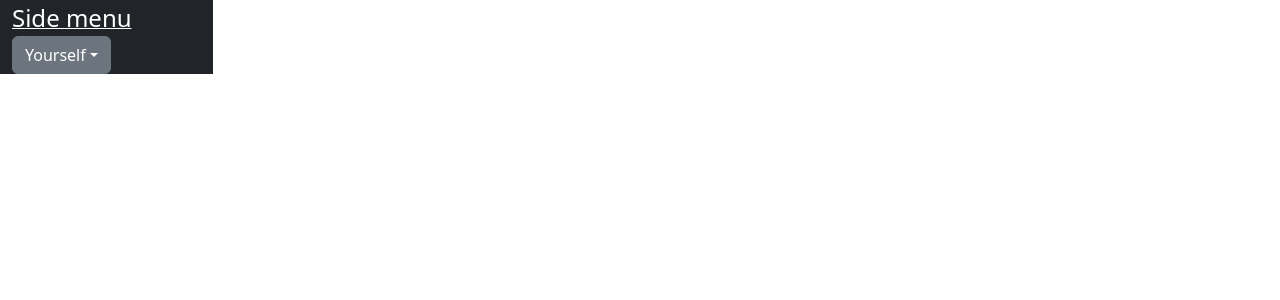
Repository: iqbalaamir/dashboard
Page: /
These files come from the project's save history. The page is drawn as it stood at one moment and after the next save; the edit follows.
The browser window is 1280 px wide. The pictures show the whole page.
The project was rebuilt for these pictures with package versions that can differ from the ones it lists, and the page was loaded fresh each time. Also part of the build but not shown: src/App.css.

Above is the page before, as saved 2023-04-24 15:12:29.

### src/App.js

import './App.css';
import Sidebar from './components/Sidebar';

function App() {
  return (

      <Sidebar/>
  );
}

export default App;

### src/components/Sidebar.js
import React from 'react'
import 'bootstrap/dist/css/bootstrap.min.css';

export default function Sidebar() {
  return (
    <div className='container-fluid'>
        <div className='row'>
            <div className='col-auto col-sm-2 bg-dark d-flex flex-column justify-content-between min-vh100'>
                <div>
                    <a className='text-decoration-non d-flex align-items-center text-white d-none d-sm-inline'>
                        <span  className='fs-4'>Side menu</span>
                    </a>
                </div>
              <div class="dropdown open">
                <a class="btn btn-secondary dropdown-toggle text-white" type="button" id="triggerId" data-bs-toggle="dropdown" aria-haspopup="true"
                        aria-expanded="false">
                         <i className='bi bi-person'></i><span>Yourself</span>
                        </a>
                <div class="dropdown-menu" aria-labelledby="triggerId">
                    <a class="dropdown-item" href="#">Action</a>
                    <a class="dropdown-item disabled" href="#">Disabled action</a>
                </div>
              </div>
            </div>
        </div>
    </div>
  )
}

Loaded but not shown: public/index.html (common file); src/index.js (common file); src/index.css (common file); src/reportWebVitals.js (common file)

After the next save:
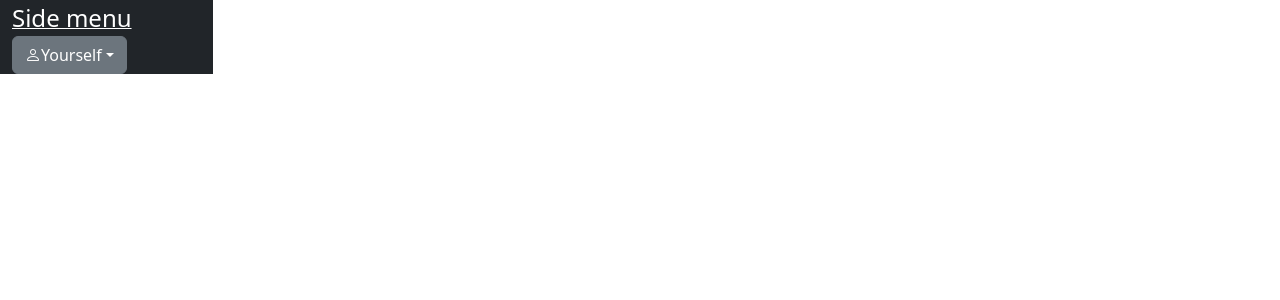
Saved 40 s later.
--- a/src/components/Sidebar.js
+++ b/src/components/Sidebar.js
@@ -1,5 +1,6 @@
 import React from 'react'
 import 'bootstrap/dist/css/bootstrap.min.css';
+import 'bootstrap-icons/font/bootstrap-icons.css'
 
 export default function Sidebar() {
   return (
